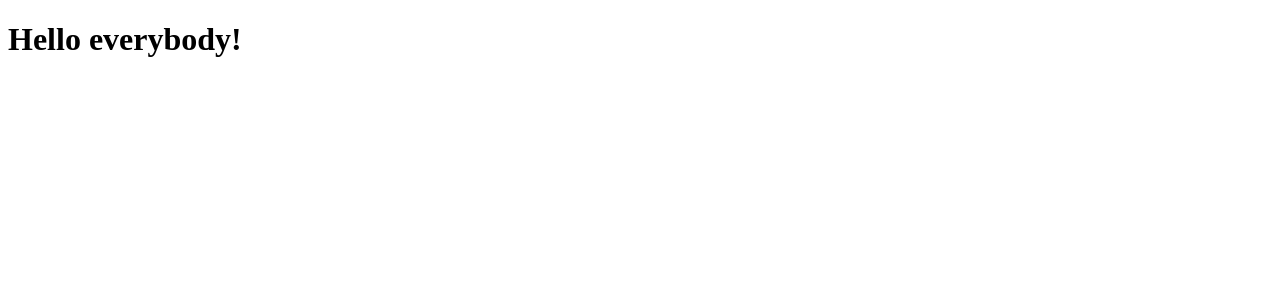
Repository: AlejandroCardenasP/MyWeb
Page: myweb.html
The author's editor kept a copy of each file at every save. The page is drawn from the files as they stood at one save, then again after the next save.
The browser window is 1280 px wide. The pictures show the whole page.

Above is the page before, as saved 2024-12-20 19:49:25.

After the next save:
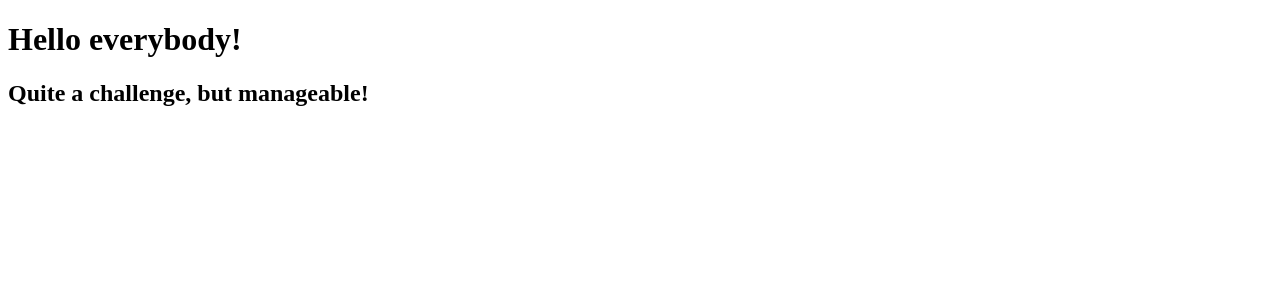
Saved 111 min 44 s later.
--- a/myweb.html
+++ b/myweb.html
@@ -8,6 +8,9 @@
             <h1>
                 Hello everybody!
             </h1>
+            <h2>
+                Quite a challenge, but manageable!
+            </h2>
         </div>
     </body>
 </html>
